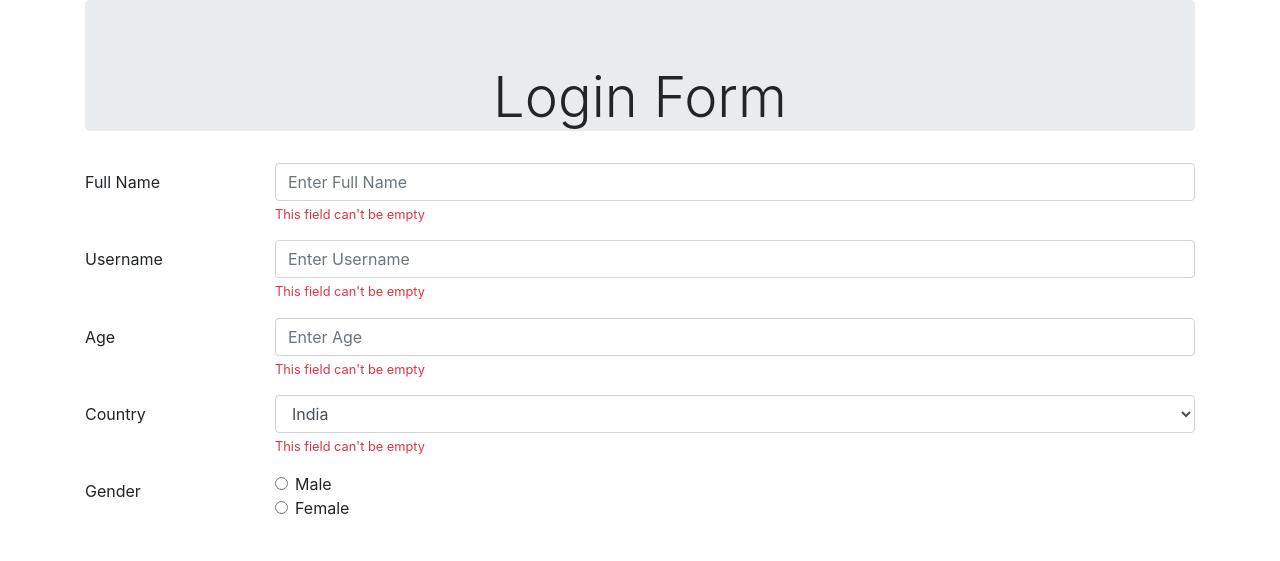
Repository: amar468S/Ng-templateDrivenForm
Page: /
An editor plug-in stored every save of this project. The page is shown before and after the next save, followed by the edit.
The browser window is 1280 px wide. The pictures show the whole page.
Some web libraries are served in a nearby version. The project was rebuilt for these pictures with package versions that can differ from the ones it lists, and the page was loaded fresh each time. Also part of the build but not shown: angular.json.

Above is the page before, as saved 2019-02-03 15:56:55.

After the next save:
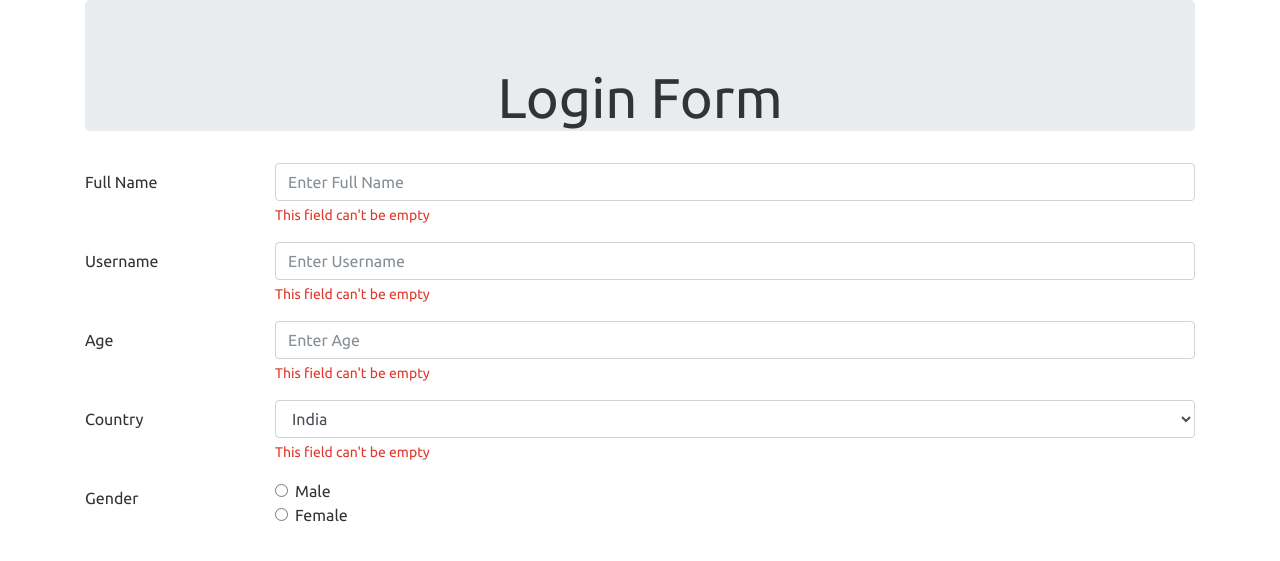
Saved 2 min 7 s later.
--- a/src/index.html
+++ b/src/index.html
@@ -9,7 +9,7 @@
   <link rel="icon" type="image/x-icon" href="favicon.ico">
   <!-- CSS -->
   <link rel="stylesheet" href="https://stackpath.bootstrapcdn.com/bootstrap/4.2.1/css/bootstrap.min.css" integrity="sha384-GJzZqFGwb1QTTN6wy59ffF1BuGJpLSa9DkKMp0DgiMDm4iYMj70gZWKYbI706tWS" crossorigin="anonymous">
-
+  <link rel="stylesheet" href="https://bootswatch.com/4/united/bootstrap.min.css">
   <!-- JS -->
   <script src="https://code.jquery.com/jquery-3.3.1.slim.min.js" integrity="sha384-q8i/X+965DzO0rT7abK41JStQIAqVgRVzpbzo5smXKp4YfRvH+8abtTE1Pi6jizo" crossorigin="anonymous"></script>
   <script src="https://cdnjs.cloudflare.com/ajax/libs/popper.js/1.14.6/umd/popper.min.js" integrity="sha384-wHAiFfRlMFy6i5SRaxvfOCifBUQy1xHdJ/yoi7FRNXMRBu5WHdZYu1hA6ZOblgut" crossorigin="anonymous"></script>
